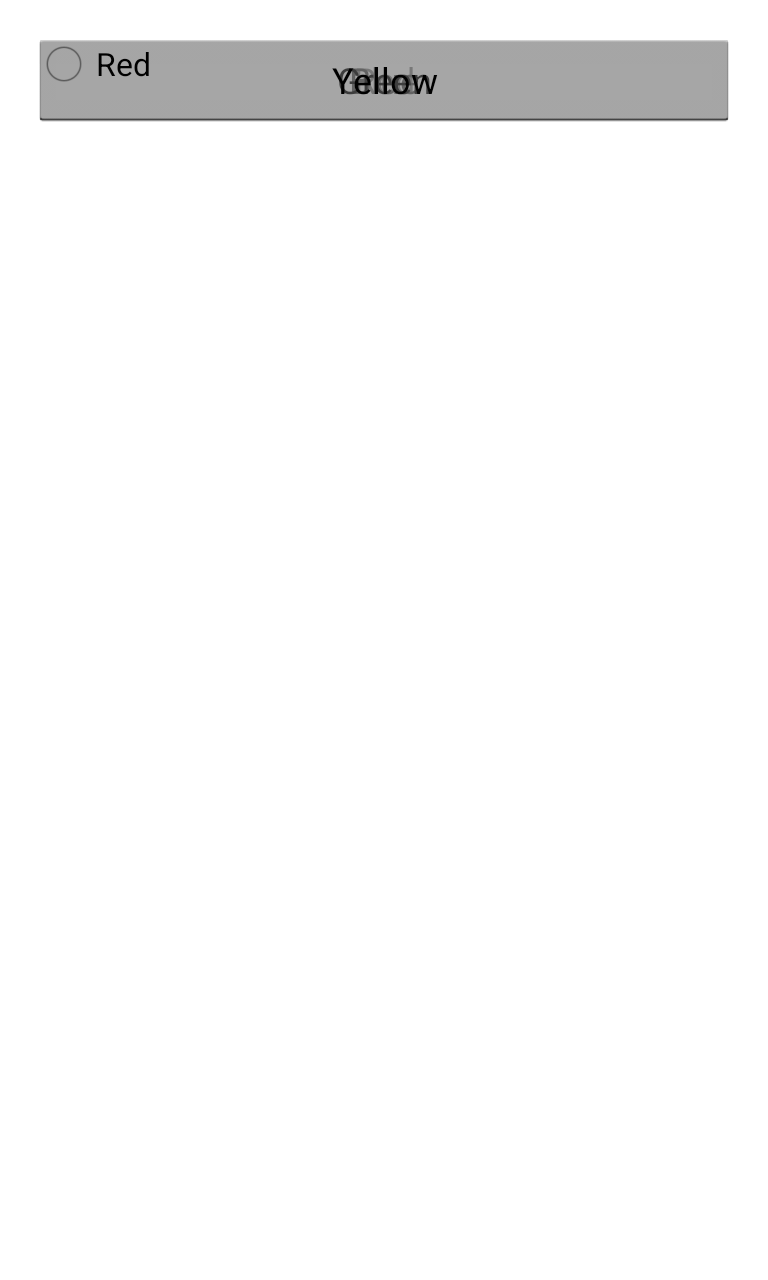
Repository: PatKelsh/IS-413
Layout: SimpleEvent/res/layout/activity_main.xml
An editor plug-in stored every save of this project. The layout is shown before and after the next save, followed by the edit.
It is drawn on a 768 x 1280 px phone screen (xhdpi) without system bars, with theme AppTheme; the app's code is not run.

Above is the layout before, as saved 2015-02-11 02:02:55.

### SimpleEvent/res/layout/activity_main.xml
<RelativeLayout xmlns:android="http://schemas.android.com/apk/res/android"
    xmlns:tools="http://schemas.android.com/tools"
    android:layout_width="match_parent"
    android:layout_height="match_parent"
    android:paddingBottom="@dimen/activity_vertical_margin"
    android:paddingLeft="@dimen/activity_horizontal_margin"
    android:paddingRight="@dimen/activity_horizontal_margin"
    android:paddingTop="@dimen/activity_vertical_margin"
    tools:context="com.example.simpleevent.MainActivity" >

    <Button
        android:id="@+id/button1"
        android:layout_height="wrap_content"
        android:layout_width="match_parent"
        android:text="@string/red_prompt"
        />
    <Button
        android:id="@+id/button2"
        android:layout_height="wrap_content"
        android:layout_width="match_parent"
        android:text="@string/blue_prompt"
        />
    <Button
        android:id="@+id/button3"
        android:layout_height="wrap_content"
        android:layout_width="match_parent"
        android:text="@string/green_prompt"
        />
    <Button
        android:id="@+id/button4"
        android:layout_height="wrap_content"
        android:layout_width="match_parent"
        android:text="@string/yellow_prompt"
        />

    <RadioGroup
        android:layout_width="match_parent"
        android:layout_height="match_parent" >

        <RadioButton
            android:id="@+id/radio_button1"
            android:layout_height="wrap_content"
            android:layout_width="wrap_content"
            android:text="@string/red_prompt"
            android:layout_below="@id/button4"
            />

    </RadioGroup>

</RelativeLayout>

### SimpleEvent/res/values/strings.xml
<?xml version="1.0" encoding="utf-8"?>
<resources>

    <string name="app_name">Simple Event</string>
    <string name="action_settings">Settings</string>
    <string name="red_prompt">Red</string>
    <string name="blue_prompt">Blue</string>
    <string name="green_prompt">Green</string>
    <string name="yellow_prompt">Yellow</string>

</resources>

Loaded but not shown: SimpleEvent/res/values/styles.xml (common file); SimpleEvent/res/values-v11/styles.xml (common file); SimpleEvent/res/values-v14/styles.xml (common file); SimpleEvent/res/values/dimens.xml (common file); SimpleEvent/res/values-w820dp/dimens.xml (common file)

After the next save:
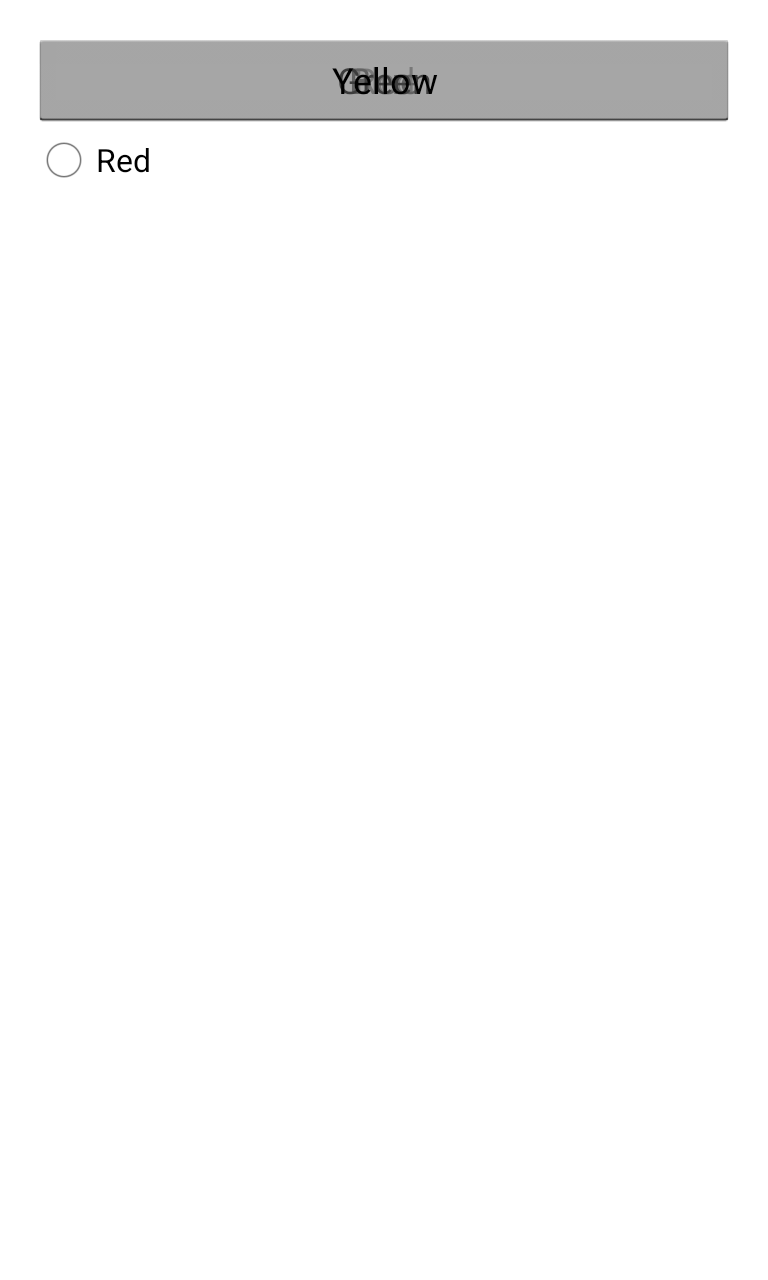
Saved 26 s later.
--- a/SimpleEvent/res/layout/activity_main.xml
+++ b/SimpleEvent/res/layout/activity_main.xml
@@ -35,14 +35,14 @@
 
     <RadioGroup
         android:layout_width="match_parent"
-        android:layout_height="match_parent" >
+        android:layout_height="match_parent"
+        android:layout_below="@id/button4" >
 
         <RadioButton
             android:id="@+id/radio_button1"
             android:layout_height="wrap_content"
             android:layout_width="wrap_content"
             android:text="@string/red_prompt"
-            android:layout_below="@id/button4"
             />
 
     </RadioGroup>
